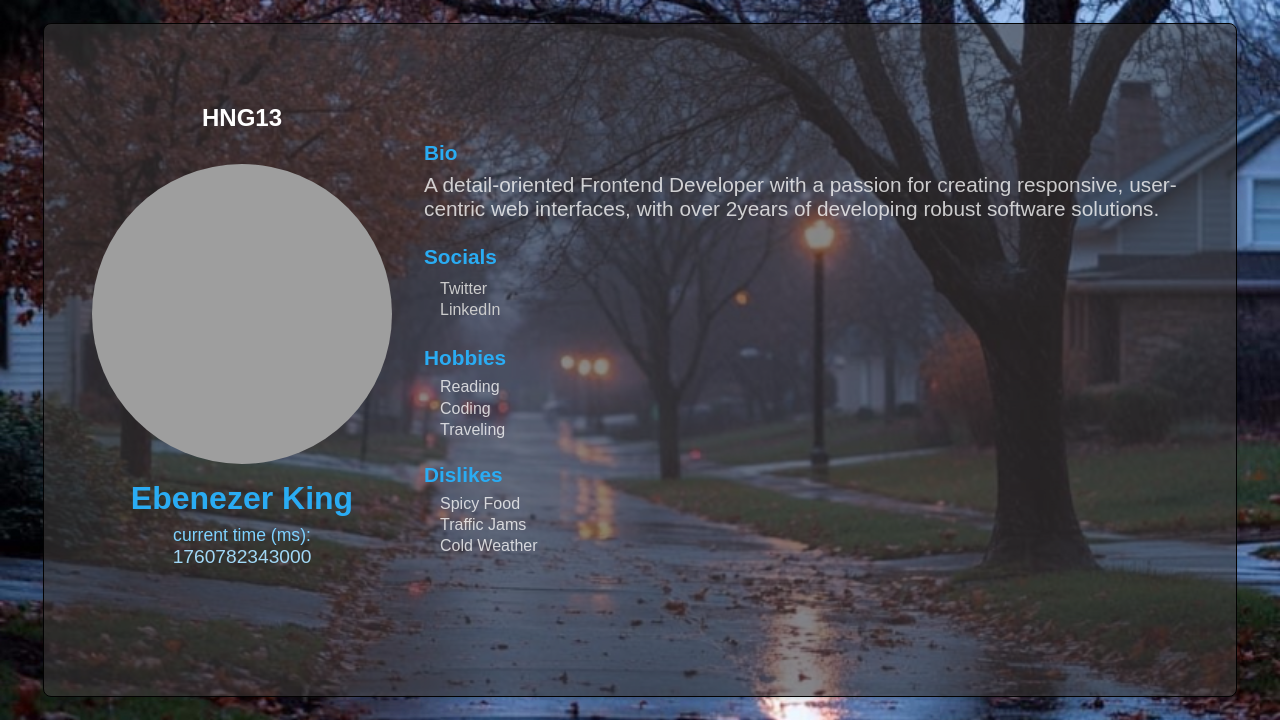
Repository: ebenezertiewei/profileCard
Page: index.html
An editor plug-in stored every save of this project. The page is shown before and after a run of saves, followed by the edit.
The browser window is 1280 px wide. The pictures show the whole page.
Pictures or frames that could not be fetched are drawn as grey boxes.

Above is the page before, as saved 2025-10-18 12:35:33.

After the next 2 saves:
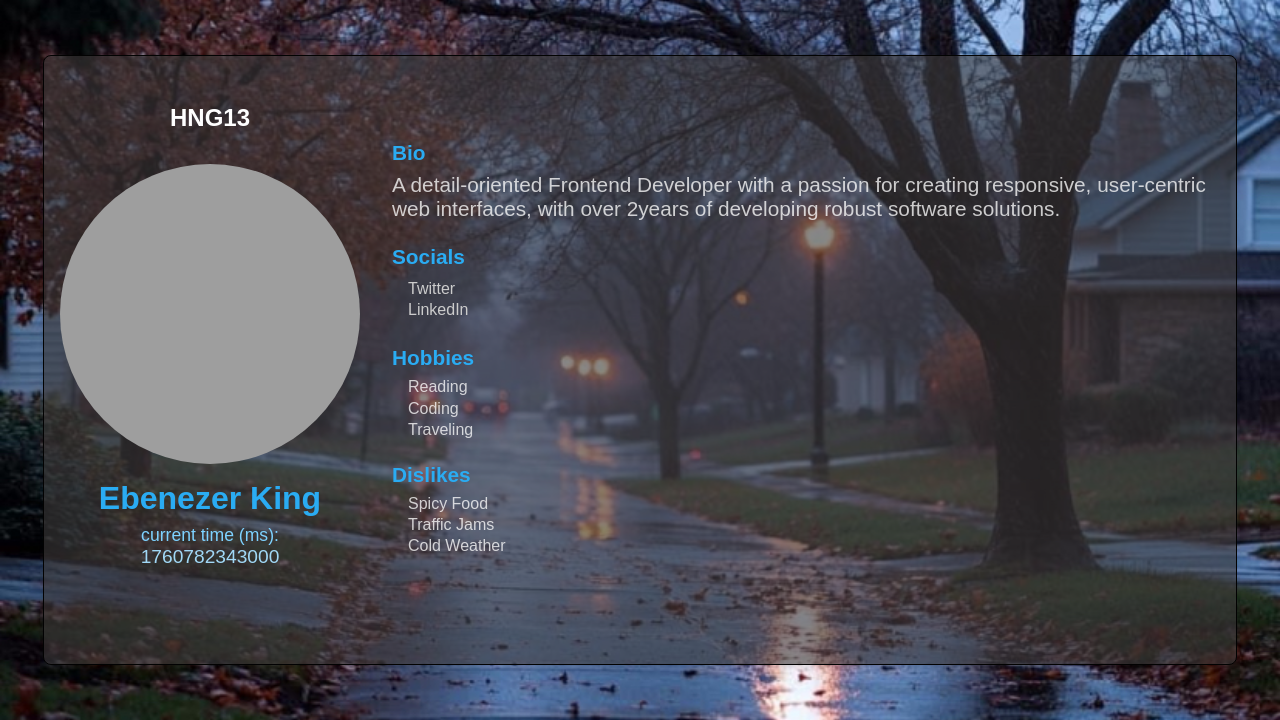
The 2 saves are shown as one change because they came seconds apart.
The last was saved 91 s later.
--- a/style.css
+++ b/style.css
@@ -215,6 +215,6 @@
 /* ------------------- desktop ------------------- */
 @media (min-width: 1024px) {
 	article[data-testid="test-profile-card"] {
-		padding: 5rem 3rem;
-	}
-}
+		gap: 2rem;
+	}
+}

After the 2 saves that followed:
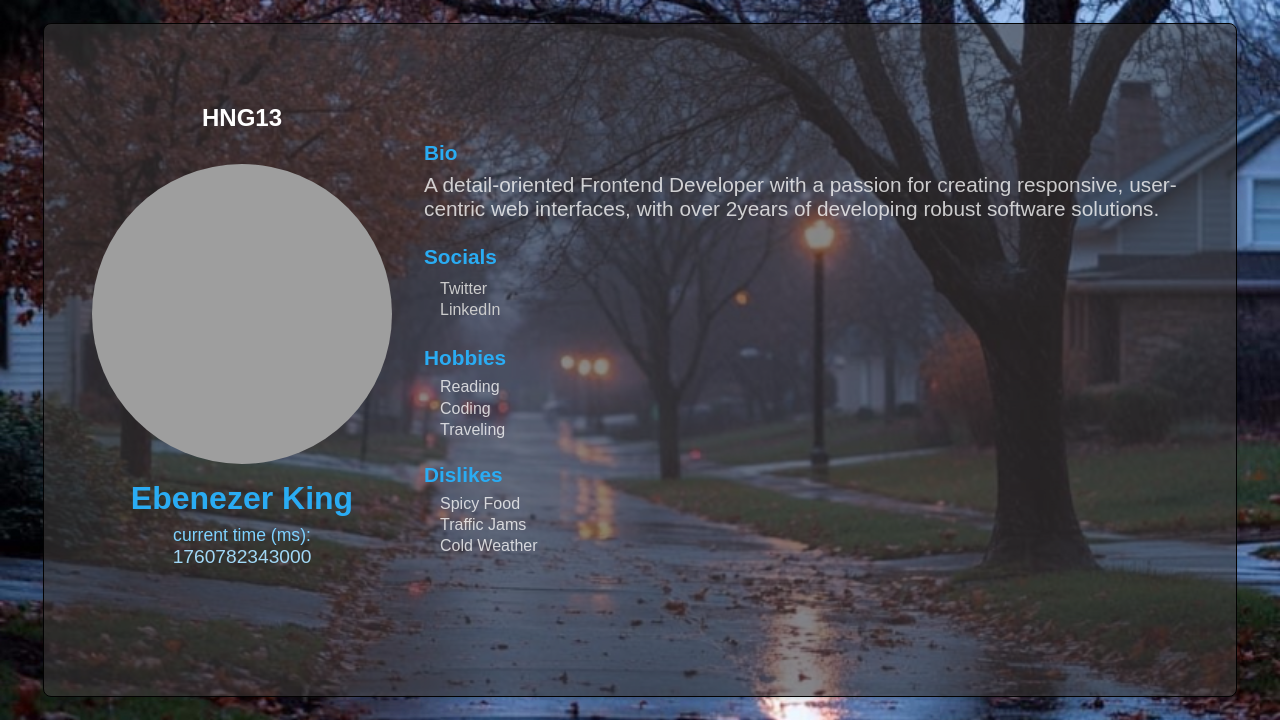
The 2 saves are shown as one change because they came seconds apart.
The last was saved 7 s later.
--- a/style.css
+++ b/style.css
@@ -215,6 +215,6 @@
 /* ------------------- desktop ------------------- */
 @media (min-width: 1024px) {
 	article[data-testid="test-profile-card"] {
-		gap: 2rem;
-	}
-}
+		padding: 5rem 3rem;\
+	}
+}
